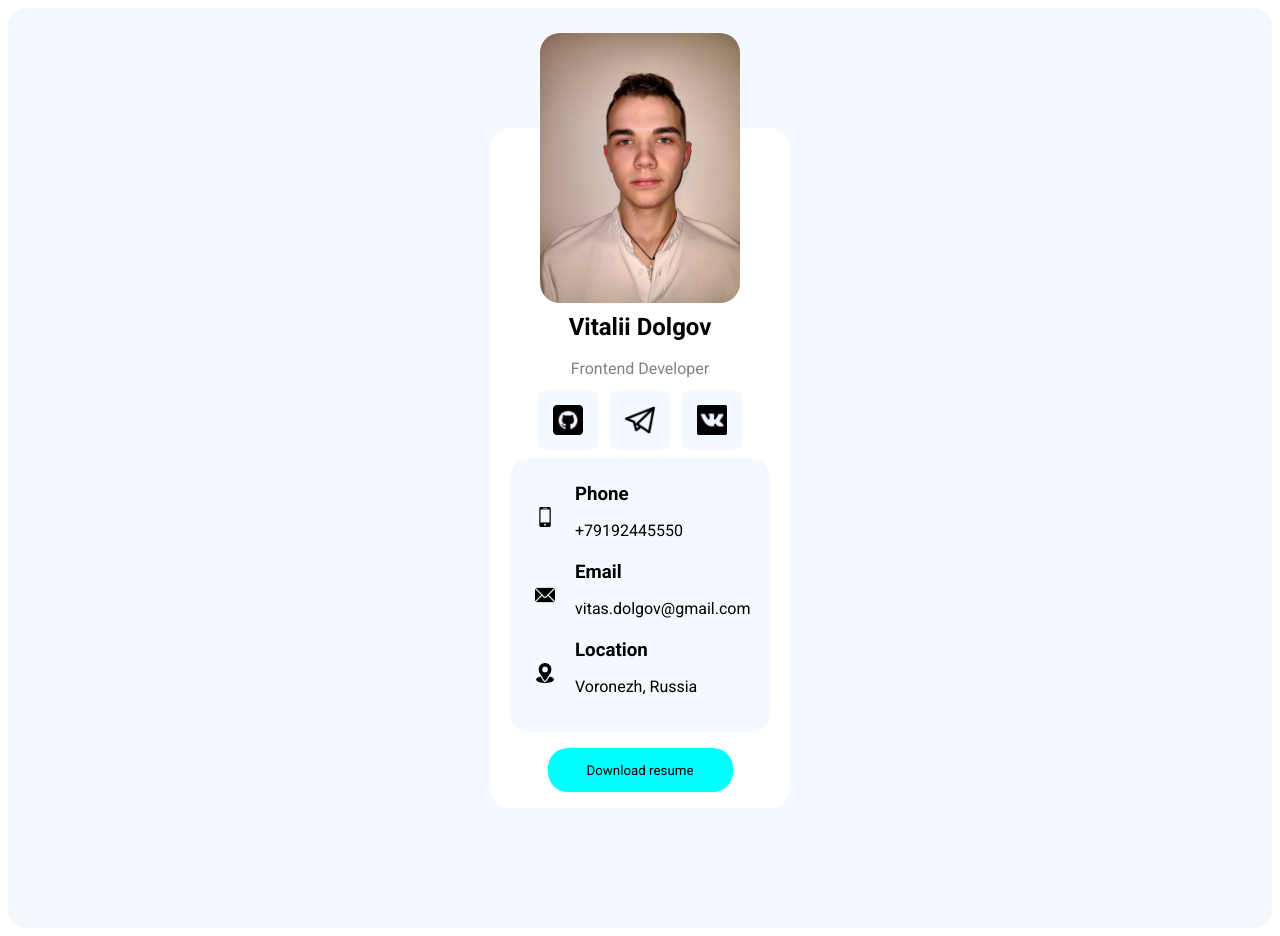
Repository: VitasYo/User_card
Page: src/index.html
These files come from the project's save history. The page is drawn as it stood at one moment and after the next save; the edit follows.
The browser window is 1280 px wide. The pictures show the whole page.

Above is the page before, as saved 2024-04-09 23:53:56.

After the next save:
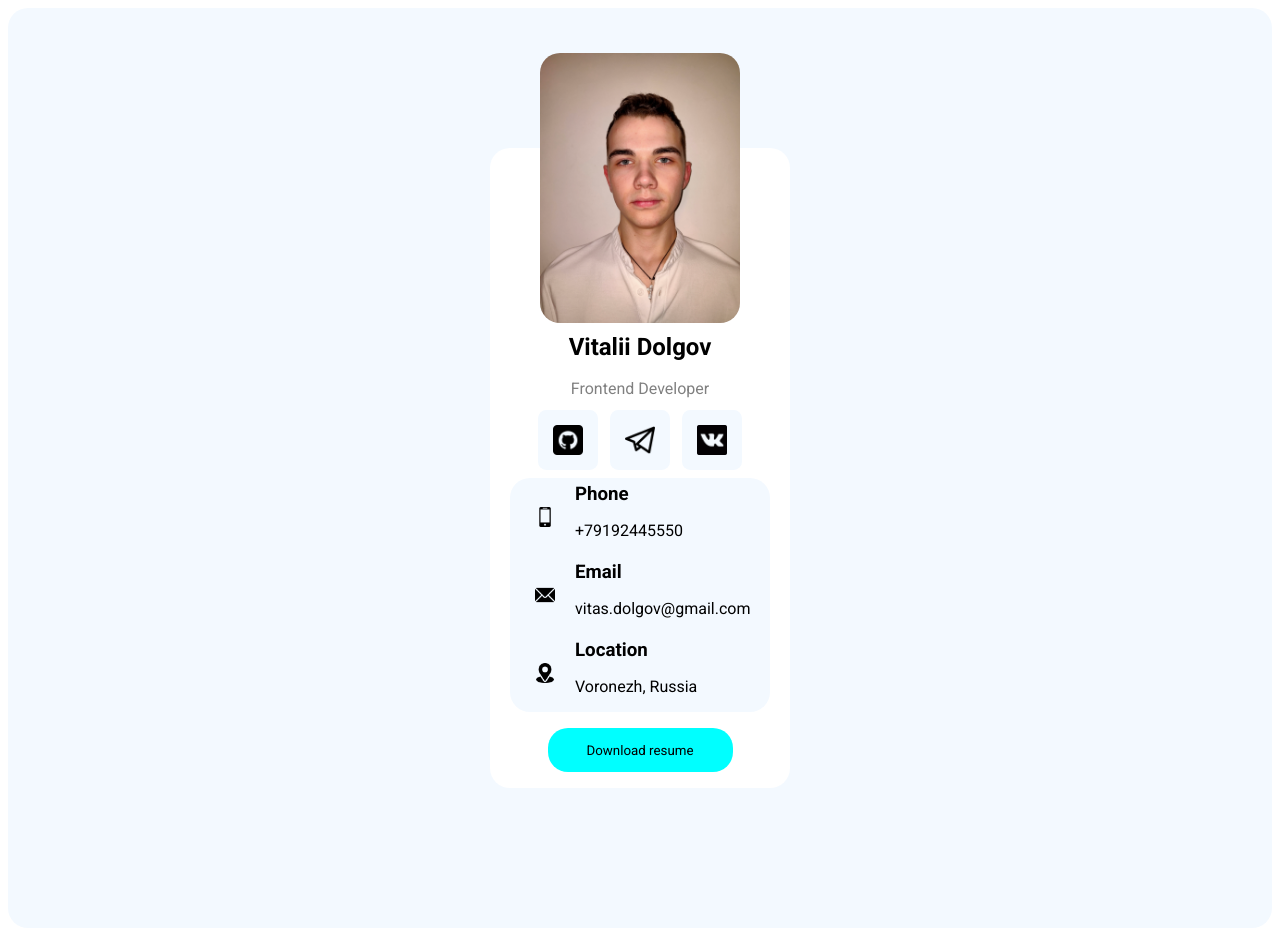
Saved 4 s later.
--- a/assets/css/index.css
+++ b/assets/css/index.css
@@ -65,7 +65,6 @@
   background-color: rgb(243, 249, 255);
   border-radius: 20px;
   width: 260px;
-  padding: 20px 0;
 }
 
 .items_string {

After the save that followed:
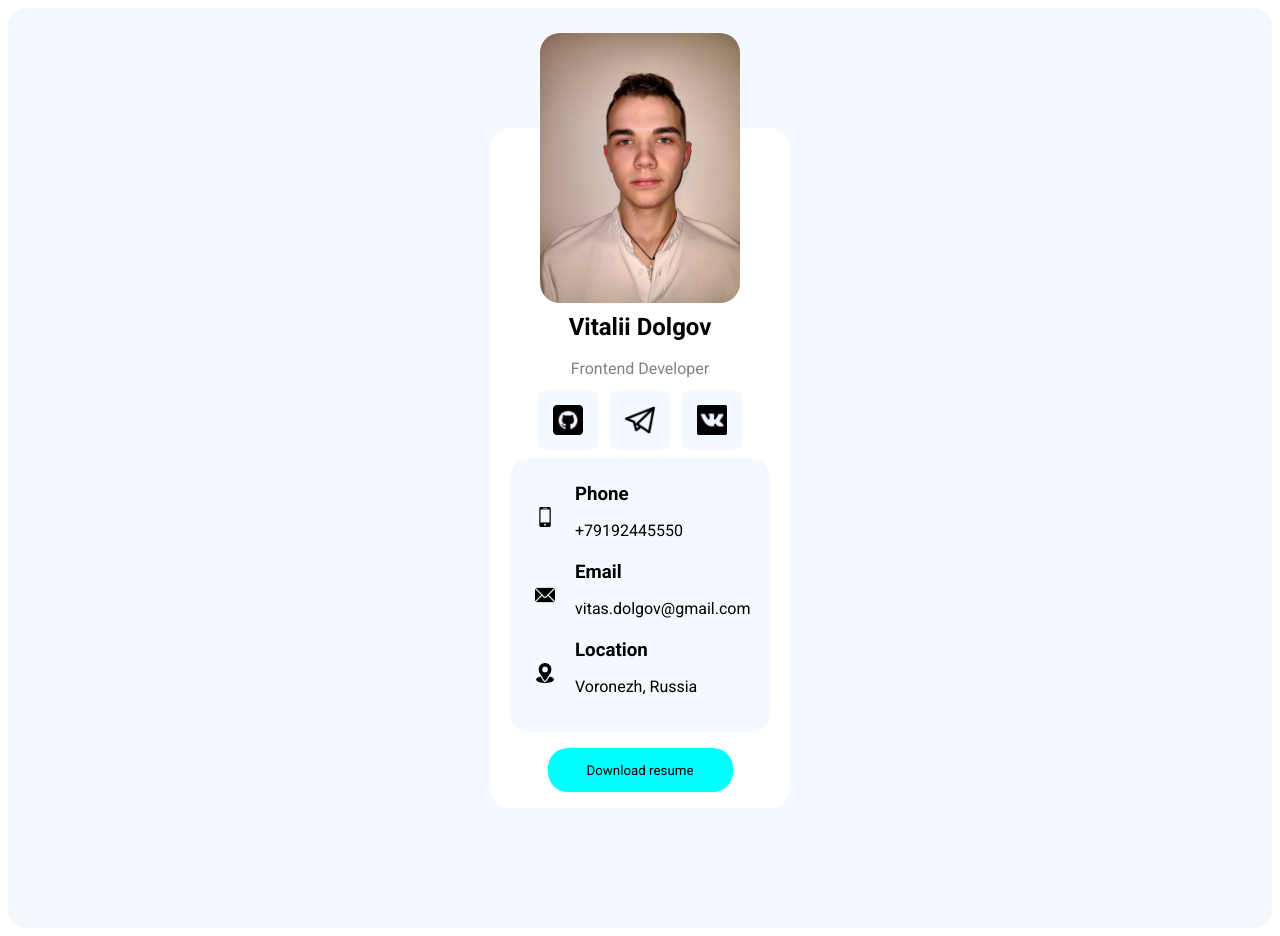
Saved 4 s later.
--- a/assets/css/index.css
+++ b/assets/css/index.css
@@ -65,6 +65,7 @@
   background-color: rgb(243, 249, 255);
   border-radius: 20px;
   width: 260px;
+  padding: 20px 0;
 }
 
 .items_string {
